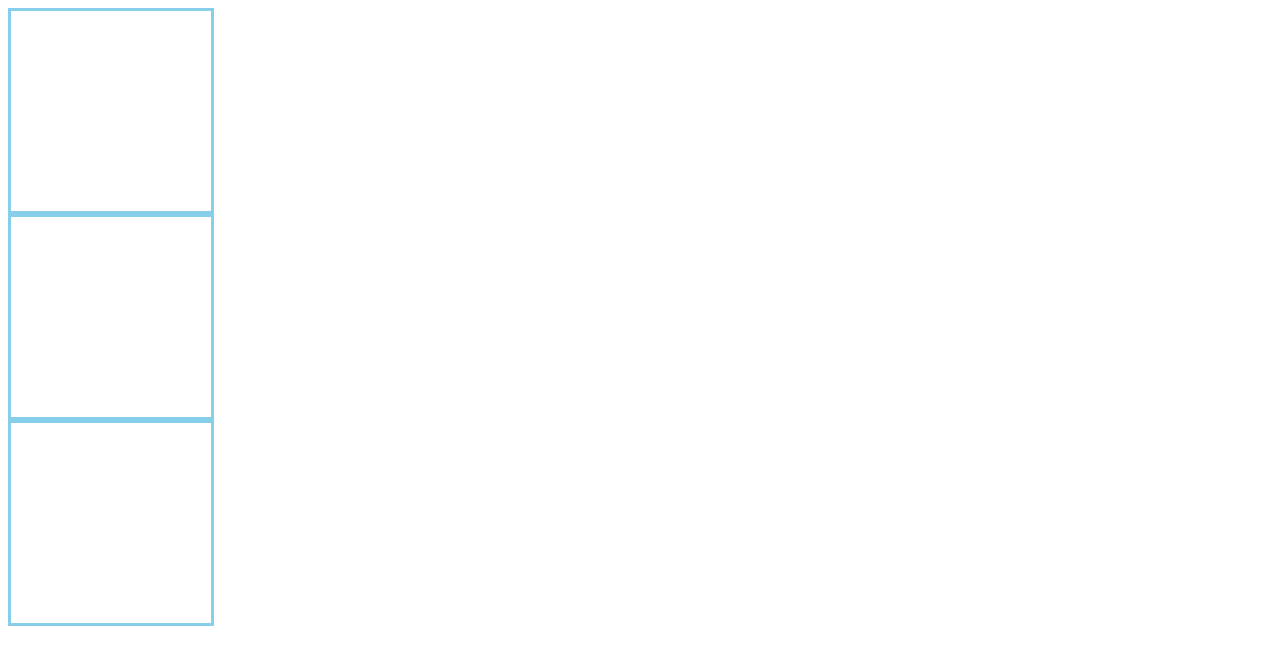
Repository: hojohe/bit-java
Page: 07_css/WebContent/99_exam/exam02.html
The author's editor kept a copy of each file at every save. The page is drawn from the files as they stood at one save, then again after a run of saves.
The browser window is 1280 px wide. The pictures show the whole page.

Above is the page before, as saved 2017-01-25 05:08:06.

### 07_css/WebContent/99_exam/exam02.html
<!DOCTYPE html>
<html>
<head>
<meta charset="EUC-KR">
<title>Insert title here</title>

<style>
	div {
		width: 200px;
		height: 200px;
		border: 3px solid skyblue;
	}
	div.pic2 {
		float: left;
	}

</style>

</head>
<body>
	<div class="pic1"></div>
	<div class="pic2"></div>
	<div class="pic3"></div>
	<div class="pic4"></div>
</body>
</html>

After the next 2 saves:
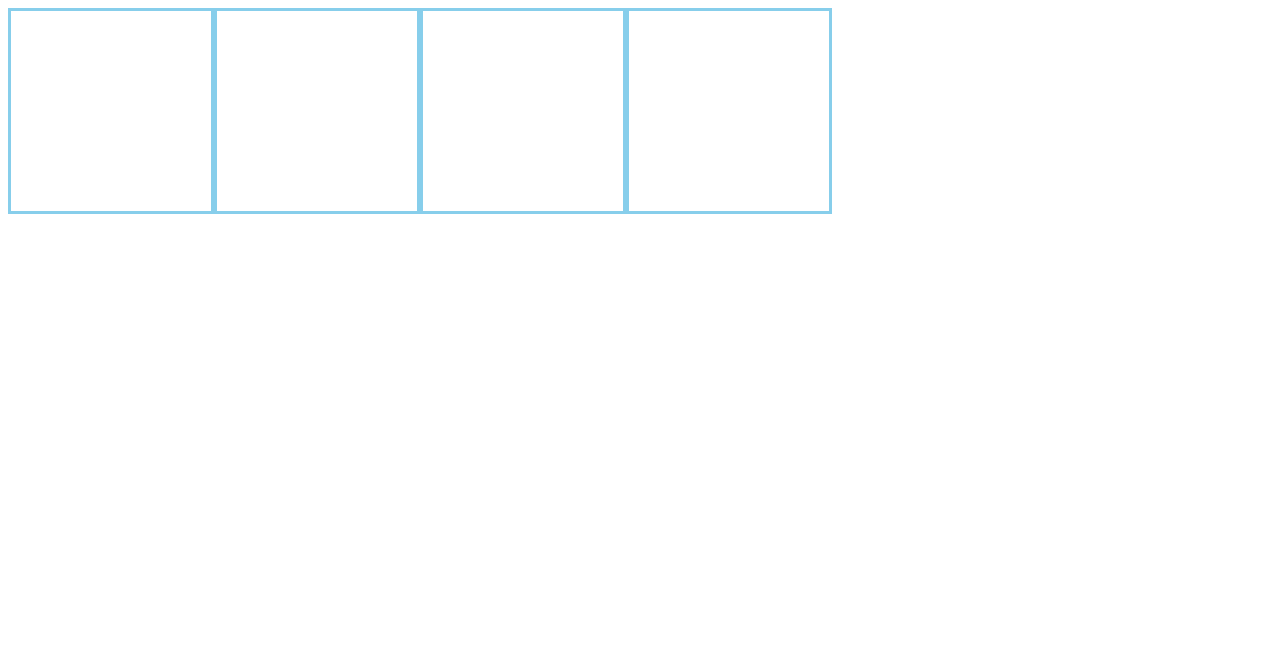
The 2 saves are shown as one change because they came seconds apart.
The last was saved 10 s later.
--- a/07_css/WebContent/99_exam/exam02.html
+++ b/07_css/WebContent/99_exam/exam02.html
@@ -9,8 +9,6 @@
 		width: 200px;
 		height: 200px;
 		border: 3px solid skyblue;
-	}
-	div.pic2 {
 		float: left;
 	}
 
